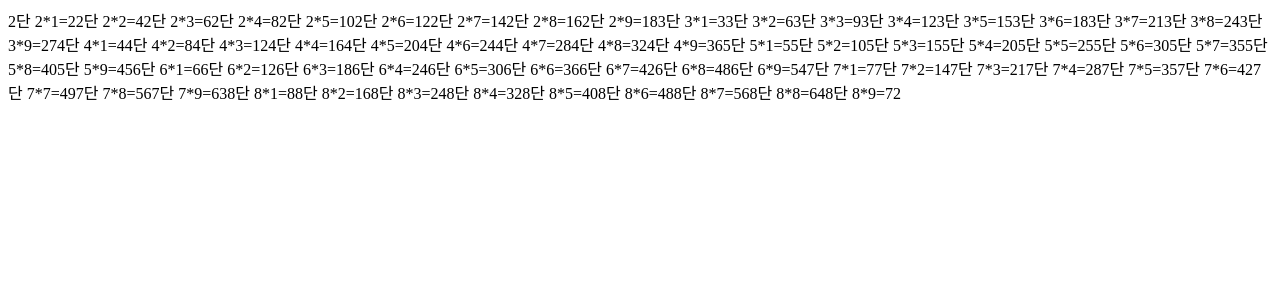
Repository: nh1531/JSP
Page: http://localhost/JSPMission/gugudan1.jsp
An editor plug-in stored every save of this project. The page is shown before and after the next save, followed by the edit.
The browser window is 1280 px wide. The pictures show the whole page.
The page is served by Tomcat 9.

Above is the page before, as saved 2023-02-22 02:28:25.

### JSPMission/src/main/webapp/gugudan1.jsp
<%@ page language="java" contentType="text/html; charset=UTF-8"
    pageEncoding="UTF-8"%>
<!DOCTYPE html>
<html>
<head>
<meta charset="UTF-8">
<title>구구단</title>
</head>
<body>
<%
	for(int i=2; i<9; i++){
		for(int j=1; j<=9; j++){
			out.println(i + "단");
			out.print(i + "*" + j + "=" + (i*j));
		}
	}
%>

</body>
</html>

After the next save:
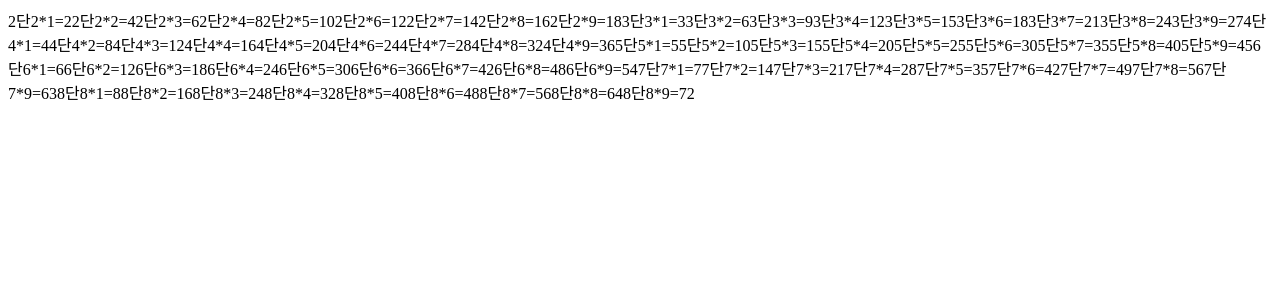
Saved 50 s later.
--- a/JSPMission/src/main/webapp/gugudan1.jsp
+++ b/JSPMission/src/main/webapp/gugudan1.jsp
@@ -10,7 +10,7 @@
 <%
 	for(int i=2; i<9; i++){
 		for(int j=1; j<=9; j++){
-			out.println(i + "단");
+			out.print(i + "단");
 			out.print(i + "*" + j + "=" + (i*j));
 		}
 	}
